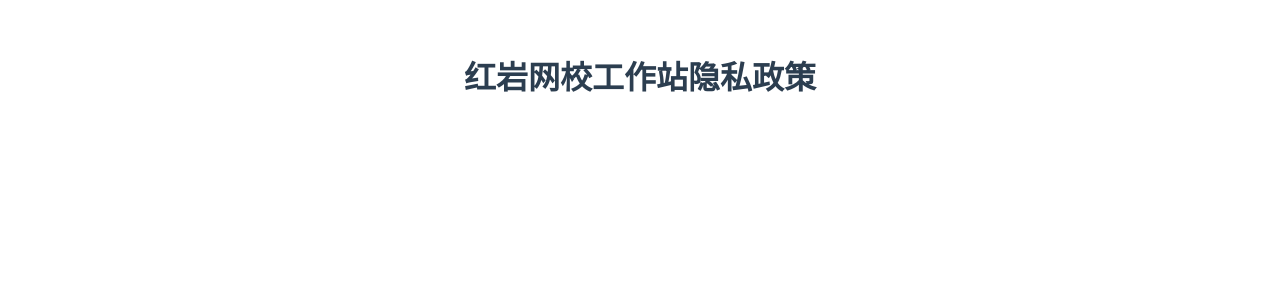
Repository: zl-mdc/privacy-policy
Page: /
These files come from the project's save history. The page is drawn as it stood at one moment and after a run of saves; the edit follows.
The browser window is 1280 px wide. The pictures show the whole page.
The project was rebuilt for these pictures with package versions that can differ from the ones it lists, and the page was loaded fresh each time.

Above is the page before, as saved 2020-09-17 15:27:34.

After the next 2 saves:
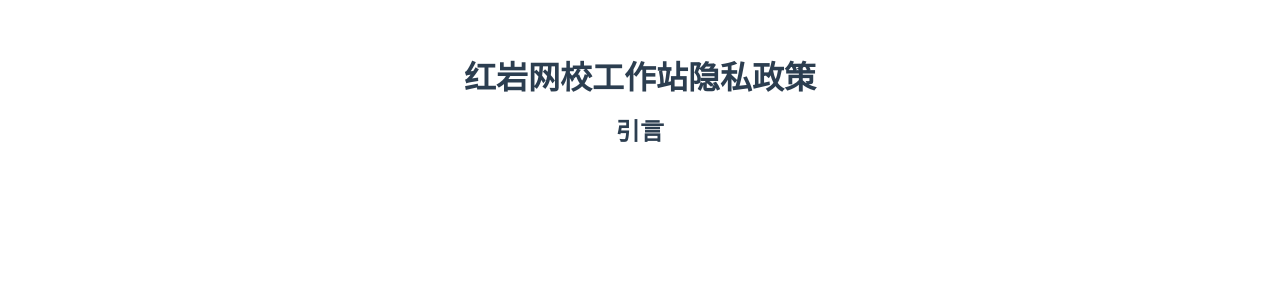
The 2 saves are shown as one change because they came seconds apart.
The last was saved 47 s later.
--- a/src/components/Info.vue
+++ b/src/components/Info.vue
@@ -1,7 +1,7 @@
 <!--
  * @Author: Code_Master
  * @Date: 2020-09-17 15:00:51
- * @LastEditTime: 2020-09-17 15:27:34
+ * @LastEditTime: 2020-09-17 15:28:20
  * @LastEditors: Code_Master
  * @FilePath: /privacy-policy/src/components/Info.vue
  * @Description: The first 90% of the code accounts for the first 90% of the development time. The remaining 10% of the code accounts for the other 90% of the development time.
@@ -9,6 +9,7 @@
 <template>
     <div id="info">
           <h1>红岩网校工作站隐私政策</h1>
+          <h2>引言</h2>
     </div>
 </template>
 
